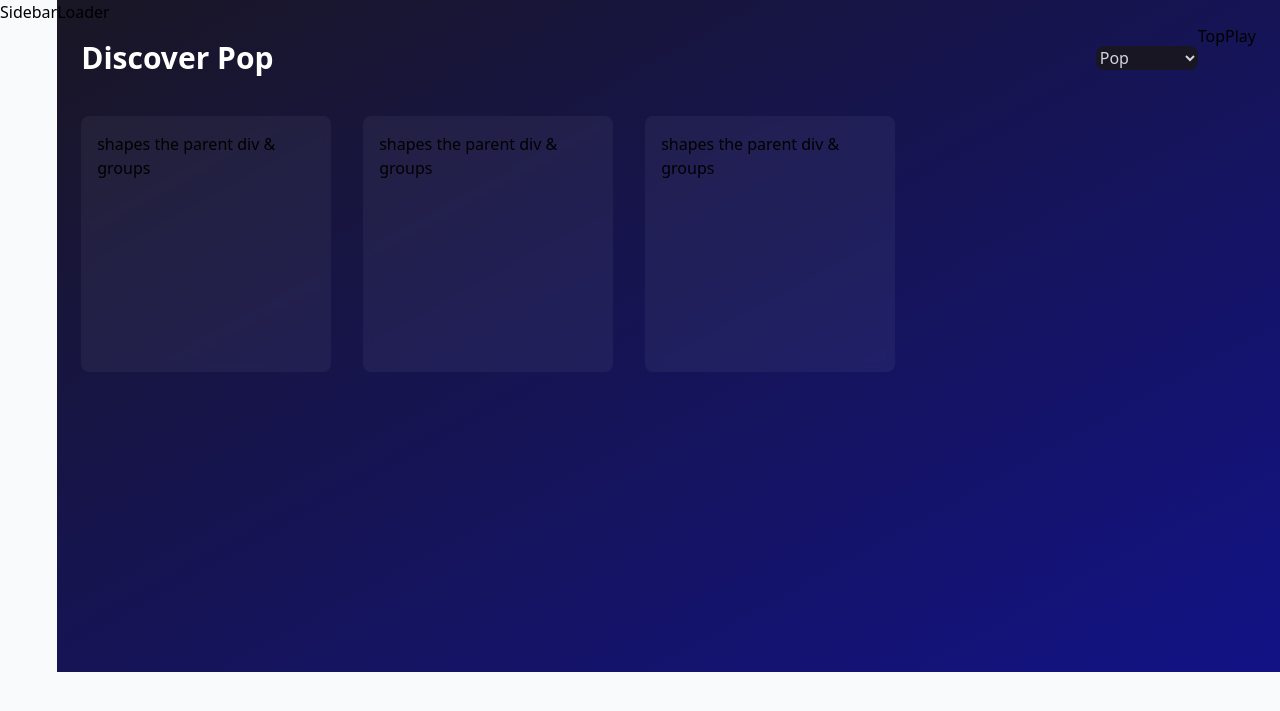
Repository: Chris24T/Dotify
Page: /
These files come from the project's save history. The page is drawn as it stood at one moment and after the next save; the edit follows.
The browser window is 1280 px wide. The pictures show the whole page.
The project was rebuilt for these pictures with package versions that can differ from the ones it lists, and the page was loaded fresh each time. Also part of the build but not shown: vite.config.js, src/components/PlayPause.jsx, src/components/ArtistCard.jsx, src/components/DetailsHeader.jsx, src/components/SongBar.jsx, src/components/RelatedSongs.jsx, src/components/MusicPlayer/Controls.jsx, src/components/MusicPlayer/Player.jsx and 13 more.

Above is the page before, as saved 2022-12-03 21:58:45.

### src/redux/store.js
import { configureStore } from '@reduxjs/toolkit';

import { shazamCoreApi } from './services/shazamCore';
import playerReducer from './features/playerSlice';

export const store = configureStore({
  reducer: {
    player: playerReducer,
    [shazamCoreApi.reducerPath]: shazamCoreApi.reducer,
  },
  middleware: (getDefaultMiddleware) =>
    getDefaultMiddleware().concat(shazamCoreApi.middleware),
});

### src/redux/services/shazamCore.js
import { createApi, fetchBaseQuery } from '@reduxjs/toolkit/query/react';

const baseHeaders = {
  'X-RapidAPI-Key': 'aa86041609msh651730729ed9b3dp1da6e2jsn7ec97b06be13',
  'X-RapidAPI-Host': 'shazam-core.p.rapidapi.com',
};

export const shazamCoreApi = createApi({
  reducerPath: 'shazamCoreApi',
  baseQuery: fetchBaseQuery({
    baseUrl: 'https://shazam-core.p.rapidapi.com/v1',
    prepareHeaders: (headers) => {
      headers.set({ baseHeaders });
      return headers;
    },
  }),
  endpoints: (builder) => ({
    getTopCharts: builder.query({ query: (genre) => '/charts/world' }),
  }),
});
// redux toolkit auto generates a hook
export const { useGetTopChartsQuery } = shazamCoreApi;

### src/redux/features/playerSlice.js
import { createSlice } from '@reduxjs/toolkit';

const initialState = {
  currentSongs: [],
  currentIndex: 0,
  isActive: false,
  isPlaying: false,
  activeSong: {},
  genreListId: '',
};

const playerSlice = createSlice({
  name: 'player',
  initialState,
  reducers: {
    setActiveSong: (state, action) => {
      state.activeSong = action.payload.song;

      if (action.payload?.data?.tracks?.hits) {
        state.currentSongs = action.payload.data.tracks.hits;
      } else if (action.payload?.data?.properties) {
        state.currentSongs = action.payload?.data?.tracks;
      } else {
        state.currentSongs = action.payload.data;
      }

      state.currentIndex = action.payload.i;
      state.isActive = true;
    },

    nextSong: (state, action) => {
      if (state.currentSongs[action.payload]?.track) {
        state.activeSong = state.currentSongs[action.payload]?.track;
      } else {
        state.activeSong = state.currentSongs[action.payload];
      }

      state.currentIndex = action.payload;
      state.isActive = true;
    },

    prevSong: (state, action) => {
      if (state.currentSongs[action.payload]?.track) {
        state.activeSong = state.currentSongs[action.payload]?.track;
      } else {
        state.activeSong = state.currentSongs[action.payload];
      }

      state.currentIndex = action.payload;
      state.isActive = true;
    },

    playPause: (state, action) => {
      state.isPlaying = action.payload;
    },

    selectGenreListId: (state, action) => {
      state.genreListId = action.payload;
    },
  },
});

export const { setActiveSong, nextSong, prevSong, playPause, selectGenreListId } = playerSlice.actions;

export default playerSlice.reducer;

### src/components/SongCard.jsx
import { Link } from 'react-router-dom';
import { useDispatch } from 'react-redux';

import PlayPause from './PlayPause';
import { playPause, setActiveSong } from '../redux/features/playerSlice';

const SongCard = ({ song, i }) => {
  const activeSong = { title: 'Test' };

  return (
    <div
      className="flex flex-col w-[250px] p-4 bg-white/5 bg-opacity-80
     backdrop-blur-sm animate-slideup rounded-lg cursor-pointer"
    >
      <div className="relative w-full h-56 group">
        shapes the parent div & groups
        <div
          className={`absolute inset-0 justify-center items-center
          bg-black bg-opacity-50 group-hover:flex ${
            activeSong?.title === song.title
              ? 'flex bg-black bg-opacity-70'
              : 'hidden'
          }`}
        ></div>
      </div>
    </div>
  );
};

export default SongCard;

### src/pages/Discover.jsx
import { Error, Loader, SongCard } from '../components';
import { genres } from '../assets/constants';

import { useGetTopChartsQuery } from '../redux/services/shazamCore';

const Discover = () => {
  // const { data, isFetching, error } = useGetTopChartsQuery();
  const data = [1, 2, 3];
  const isFetching = false;
  const genreTitle = 'Pop';

  if (isFetching) return <Loader title="Loading Songs..." />;
  // if (error) return <Error />;

  return (
    <div className="flex flex-col">
      <div className="w-full flex justify-between items-center sm:flex-row flex-col mt-4 mb-10">
        <h2 className="font-bold text-3xl text-white text-left">
          Discover {genreTitle}
        </h2>
        <select
          onChange={() => {}}
          value=""
          className="bg-black rounded-lg outline-none text-gray-300 sm:mt-0 mt-5"
        >
          {genres.map((genre) => (
            <option key={genre.value} value={genre.value}>
              {genre.title}
            </option>
          ))}
        </select>
      </div>
      <div className="flex flex-wrap sm:justify-start justify-center gap-8">
        {data.map((song, i) => {
          return <SongCard key={song.key} song={song} i={i}></SongCard>;
        })}
      </div>
    </div>
  );
};

export default Discover;

### src/assets/constants.js
import { HiOutlineHashtag, HiOutlineHome, HiOutlinePhotograph, HiOutlineUserGroup } from 'react-icons/hi';

export const genres = [
  { title: 'Pop', value: 'POP' },
  { title: 'Hip-Hop', value: 'HIP_HOP_RAP' },
  { title: 'Dance', value: 'DANCE' },
  { title: 'Electronic', value: 'ELECTRONIC' },
  { title: 'Soul', value: 'SOUL_RNB' },
  { title: 'Alternative', value: 'ALTERNATIVE' },
  { title: 'Rock', value: 'ROCK' },
  { title: 'Latin', value: 'LATIN' },
  { title: 'Film', value: 'FILM_TV' },
  { title: 'Country', value: 'COUNTRY' },
  { title: 'Worldwide', value: 'WORLDWIDE' },
  { title: 'Reggae', value: 'REGGAE_DANCE_HALL' },
  { title: 'House', value: 'HOUSE' },
  { title: 'K-Pop', value: 'K_POP' },
];

export const links = [
  { name: 'Discover', to: '/', icon: HiOutlineHome },
  { name: 'Around You', to: '/around-you', icon: HiOutlinePhotograph },
  { name: 'Top Artists', to: '/top-artists', icon: HiOutlineUserGroup },
  { name: 'Top Charts', to: '/top-charts', icon: HiOutlineHashtag },
];

Loaded but not shown: index.html (common file); src/index.jsx (common file); src/index.css (common file); src/App.jsx (common file); src/components/index.js (common file); src/pages/index.js (common file); src/components/Sidebar.jsx (common file); src/components/Searchbar.jsx (common file); src/components/TopPlay.jsx (common file); tailwind.config.js (common file)

After the next save:
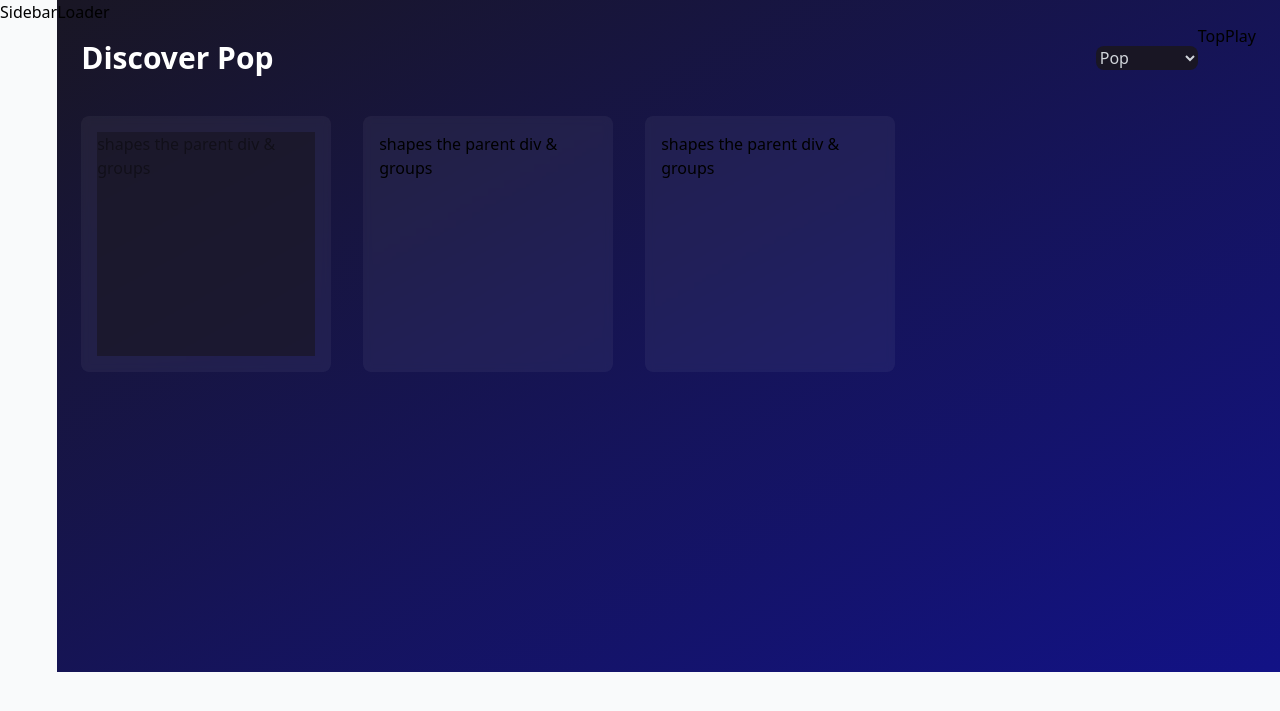
Saved 54 s later.
--- a/src/pages/Discover.jsx
+++ b/src/pages/Discover.jsx
@@ -5,7 +5,7 @@ import { useGetTopChartsQuery } from '../redux/services/shazamCore';
 
 const Discover = () => {
   // const { data, isFetching, error } = useGetTopChartsQuery();
-  const data = [1, 2, 3];
+  const data = [{ title: 'Test' }, { title: 'mySong' }, { title: 'sing' }];
   const isFetching = false;
   const genreTitle = 'Pop';
 
